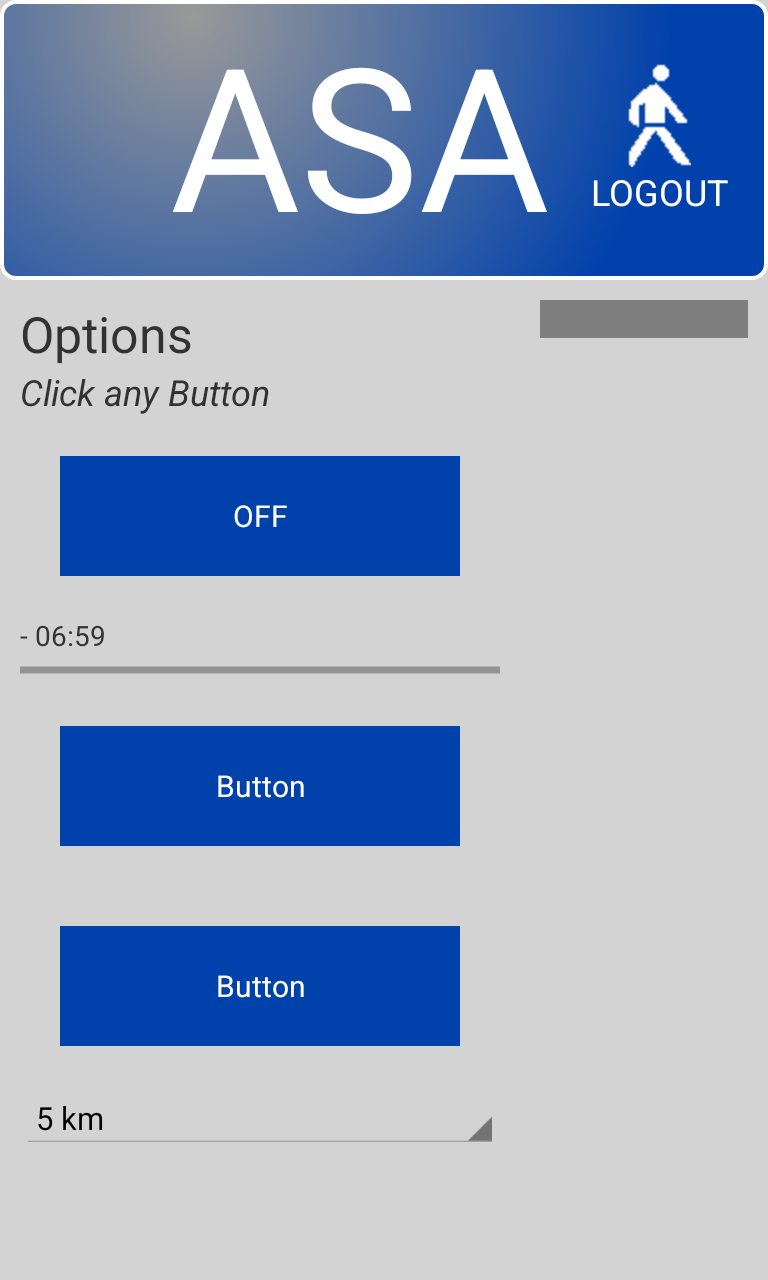
Repository: vinnare89/ASA
Layout: ASA/res/layout/asa_layout.xml
These files come from the project's save history. The layout is drawn as it stood at one moment and after the next save; the edit follows.
Pictures or frames that could not be fetched are drawn as grey boxes. It is drawn on a 768 x 1280 px phone screen (xhdpi) without system bars, with theme AppTheme; the app's code is not run.

Above is the layout before, as saved 2013-12-28 18:15:38.

### ASA/res/layout/asa_layout.xml
<?xml version="1.0" encoding="utf-8"?>
<LinearLayout xmlns:android="http://schemas.android.com/apk/res/android"
    android:layout_width="match_parent"
    android:layout_height="match_parent"
    android:background="#d3d3d3"
    android:orientation="vertical" >

    <RelativeLayout
        android:layout_width="match_parent"
        android:layout_height="wrap_content"
        android:background="@drawable/asa_header_background" >

        <TextView
            android:id="@+id/asa_header"
            android:layout_width="match_parent"
            android:layout_height="wrap_content"
            android:gravity="center_vertical|center_horizontal"
            android:text="@string/app_name_italic"
            android:textColor="#FFF"
            android:textSize="100sp" />

        <Button
            android:id="@+id/asa_logout_button"
            android:layout_width="wrap_content"
            android:layout_height="wrap_content"
            android:layout_alignParentRight="true"
            android:layout_centerVertical="true"
            android:layout_margin="20dp"
            android:background="@android:color/transparent"
            android:drawableTop="@drawable/mensch_small"
            android:text="@string/main_menu_logout"
            android:textColor="#FFF" />

        <View
            android:layout_width="fill_parent"
            android:layout_height="140dp"
            android:layout_alignParentLeft="true"
            android:layout_alignParentTop="true"
            android:layout_below="@id/asa_logout_button"
            android:background="@android:color/transparent" />
    </RelativeLayout>

    <LinearLayout
        android:layout_width="fill_parent"
        android:layout_height="fill_parent"
        android:gravity="center_horizontal" >

        <LinearLayout
            android:layout_width="wrap_content"
            android:layout_height="fill_parent"
            android:layout_alignParentLeft="true"
            android:layout_margin="@dimen/asa_margin_top"
            android:orientation="vertical" >

            <TextView
                android:id="@+id/textView3"
                android:layout_width="wrap_content"
                android:layout_height="wrap_content"
                android:text="@string/asa_control_header"
                android:textSize="25sp" />

            <TextView
                android:id="@+id/textView4"
                android:layout_width="wrap_content"
                android:layout_height="wrap_content"
                android:text="@string/asa_control_subheader"
                android:textSize="18sp"
                android:textStyle="italic" />

            <ToggleButton
                android:id="@+id/asa_control_time_toggle_button"
                style="@style/AsaControlButton"
                android:layout_width="wrap_content"
                android:layout_height="wrap_content"
                android:text="ToggleButton" />

            <TextView
                android:id="@+id/asa_control_time_text_view"
                android:layout_width="fill_parent"
                android:layout_height="wrap_content"
                android:layout_gravity="center_horizontal"
                android:text="- 06:59" />

            <ProgressBar
                android:id="@+id/asa_control_time_progressbar"
                style="?android:attr/progressBarStyleHorizontal"
                android:layout_width="fill_parent"
                android:layout_height="wrap_content"
                android:layout_gravity="center_horizontal" />

            <Button
                android:id="@+id/button1"
                style="@style/AsaControlButton"
                android:layout_width="wrap_content"
                android:layout_height="wrap_content"
                android:text="Button" />

            <Button
                android:id="@+id/button2"
                style="@style/AsaControlButton"
                android:layout_width="wrap_content"
                android:layout_height="wrap_content"
                android:text="Button" />

            <Spinner
                android:id="@+id/distance_spinner"
                android:layout_width="match_parent"
                android:layout_height="wrap_content"
                android:entries="@array/distance_array"
                android:prompt="@string/distance_prompt" />
        </LinearLayout>

        <LinearLayout
            android:layout_width="match_parent"
            android:layout_height="fill_parent"
            android:layout_alignParentRight="true"
            android:layout_margin="@dimen/asa_margin_top"
            android:orientation="vertical" >

            <LinearLayout
                android:id="@+id/control_room_layout_background"
                android:layout_width="fill_parent"
                android:layout_height="wrap_content"
                android:orientation="vertical" >

                <fragment
                    android:id="@+id/map"
                    android:name="com.google.android.gms.maps.MapFragment"
                    android:layout_width="match_parent"
                    android:layout_height="match_parent" />
            </LinearLayout>
        </LinearLayout>
    </LinearLayout>

</LinearLayout>

### ASA/res/drawable/asa_header_background.xml
<?xml version="1.0" encoding="UTF-8"?>
<shape xmlns:android="http://schemas.android.com/apk/res/android"
     android:shape="rectangle">
     <stroke android:width="2dp" android:color="#FFFFFFFF" />
     <gradient android:layout_gravity="right" android:type="radial" android:gradientRadius="480"
        android:centerX="25%" android:centerY="5%"
        android:startColor="#999999" android:endColor="@color/autobahn_blau" />

    <corners android:bottomRightRadius="7dp" android:bottomLeftRadius="7dp"
     android:topLeftRadius="7dp" android:topRightRadius="7dp"/>
</shape>

### ASA/res/values/strings.xml
<?xml version="1.0" encoding="utf-8"?>
<resources>

    <string name="app_name">ASA</string>
    <string name="action_settings">Settings</string>
    <string name="hello_world">Hello world!</string>
    <string name="app_name_italic">ASA&#160;</string>

    <!-- Login Menu -->
    <string name="login_subheader">- Die Autofahrer Service App -</string>
    <string name="login_username">Username</string>
    <string name="login_password">Password</string>
    <string name="login_submit">Submit</string>

    <!-- Main Menu -->
    <string name="main_menu_lkw">LKW</string>
    <string name="main_menu_pkw">PKW</string>
    <string name="main_menu_bus">Bus</string>
    <string name="main_menu_alarm">Wecker</string>
    <string name="main_menu_activities">Aktivitäten</string>
    <string name="main_menu_information">Informationen</string>
    <string name="main_menu_logout">LOGOUT</string>

    <!-- Asa Activity -->
    <string name="asa_control_header">Options</string>
    <string name="asa_control_subheader">Click any Button</string>
    <string name="address">Address:</string>
    <string name="enable_gps">Enable GPS</string>
    <string name="enable_gps_dialog">GPS provider not enabled. Would you like to enable it?</string>
    <string name="latlng">Lat/Long:</string>
    <string name="unknown">--Unknown--</string>
    <string name="not_support_gps">GPS provider not supported</string>
    <string name="not_support_network">Network provider not supported</string>
    <string name="use_fine_provider">Fine-grain provider</string>
    <string name="use_both_providers">Both providers</string>
    <string name="distance_prompt">Choose a distance!</string>
    <string-array name="distance_array">
        <item>5 km</item>
        <item>10 km</item>
        <item>15 km</item>
        <item>20 km</item>
		<item>25 km</item>
    </string-array>
    <string-array name="fuel_array">
        <item>e5</item>
        <item>e10</item>
        <item>diesel</item>
    </string-array>


</resources>

### ASA/res/values/color.xml
<?xml version="1.0" encoding="utf-8"?>
<resources>
    <color name="autobahn_blau">#0041AB</color>
</resources>

Loaded but not shown: ASA/res/values/styles.xml (common file); ASA/res/values-v11/styles.xml (common file); ASA/res/values-v14/styles.xml (common file); ASA/res/values/dimens.xml (common file)

After the next save:
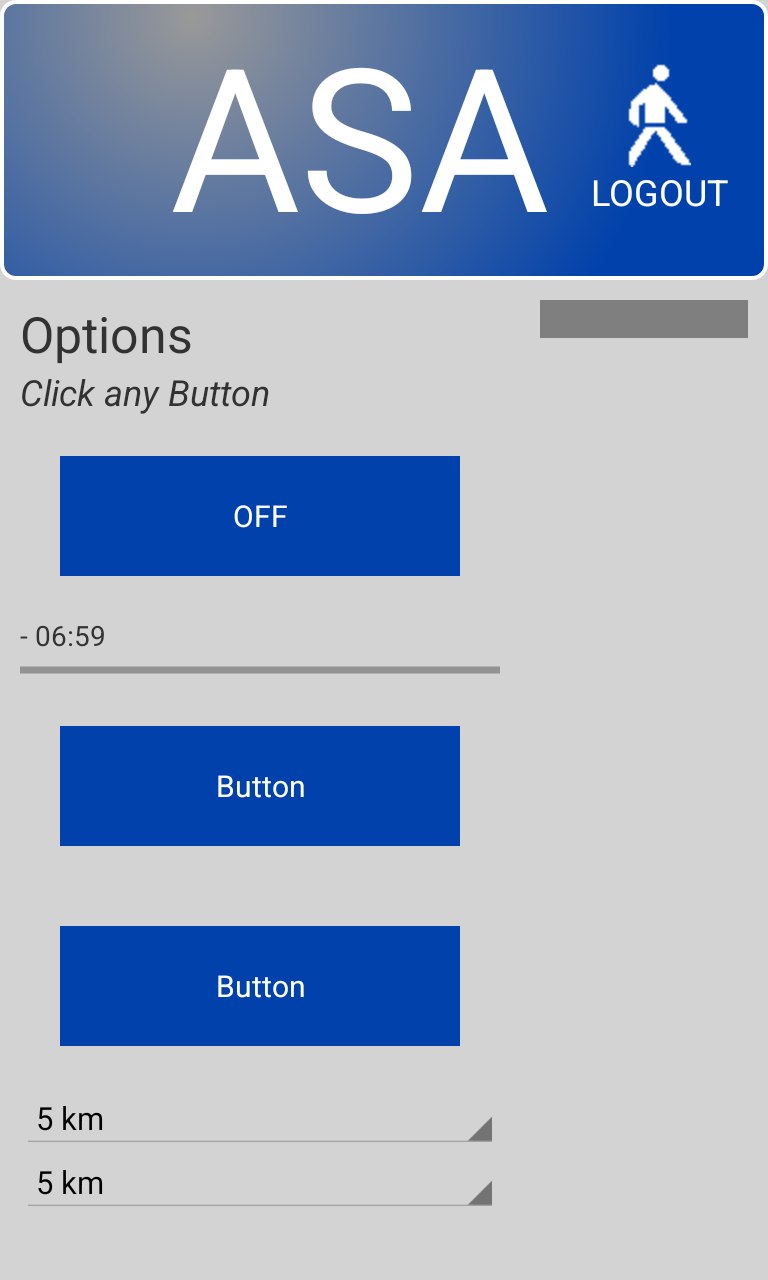
Saved 20 s later.
--- a/ASA/res/layout/asa_layout.xml
+++ b/ASA/res/layout/asa_layout.xml
@@ -108,6 +108,12 @@
                 android:layout_height="wrap_content"
                 android:entries="@array/distance_array"
                 android:prompt="@string/distance_prompt" />
+            <Spinner
+                android:id="@+id/distance_spinner"
+                android:layout_width="match_parent"
+                android:layout_height="wrap_content"
+                android:entries="@array/distance_array"
+                android:prompt="@string/distance_prompt" />
         </LinearLayout>
 
         <LinearLayout
